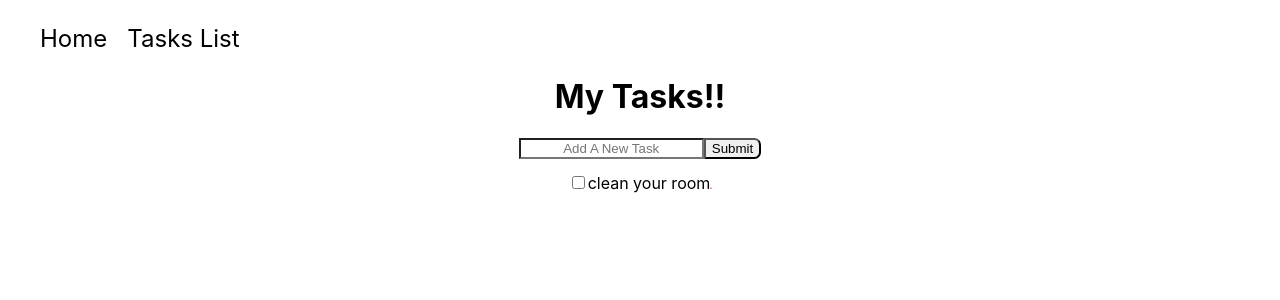
Repository: runner855/abstract_todolist
Page: /
An editor plug-in stored every save of this project. The page is shown before and after the next save, followed by the edit.
The browser window is 1280 px wide. The pictures show the whole page.
The project was rebuilt for these pictures with package versions that can differ from the ones it lists, and the page was loaded fresh each time.

Above is the page before, as saved 2022-11-09 14:31:58.

After the next save:
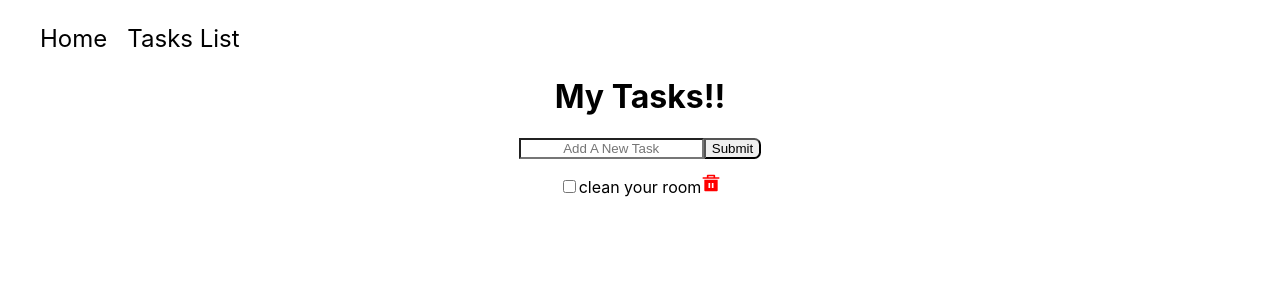
Saved 5 s later.
--- a/src/App.css
+++ b/src/App.css
@@ -27,5 +27,5 @@ a:hover{
 
 svg{
   color:red;
-  font-size: 2px;
+  font-size: 20px;
 }
